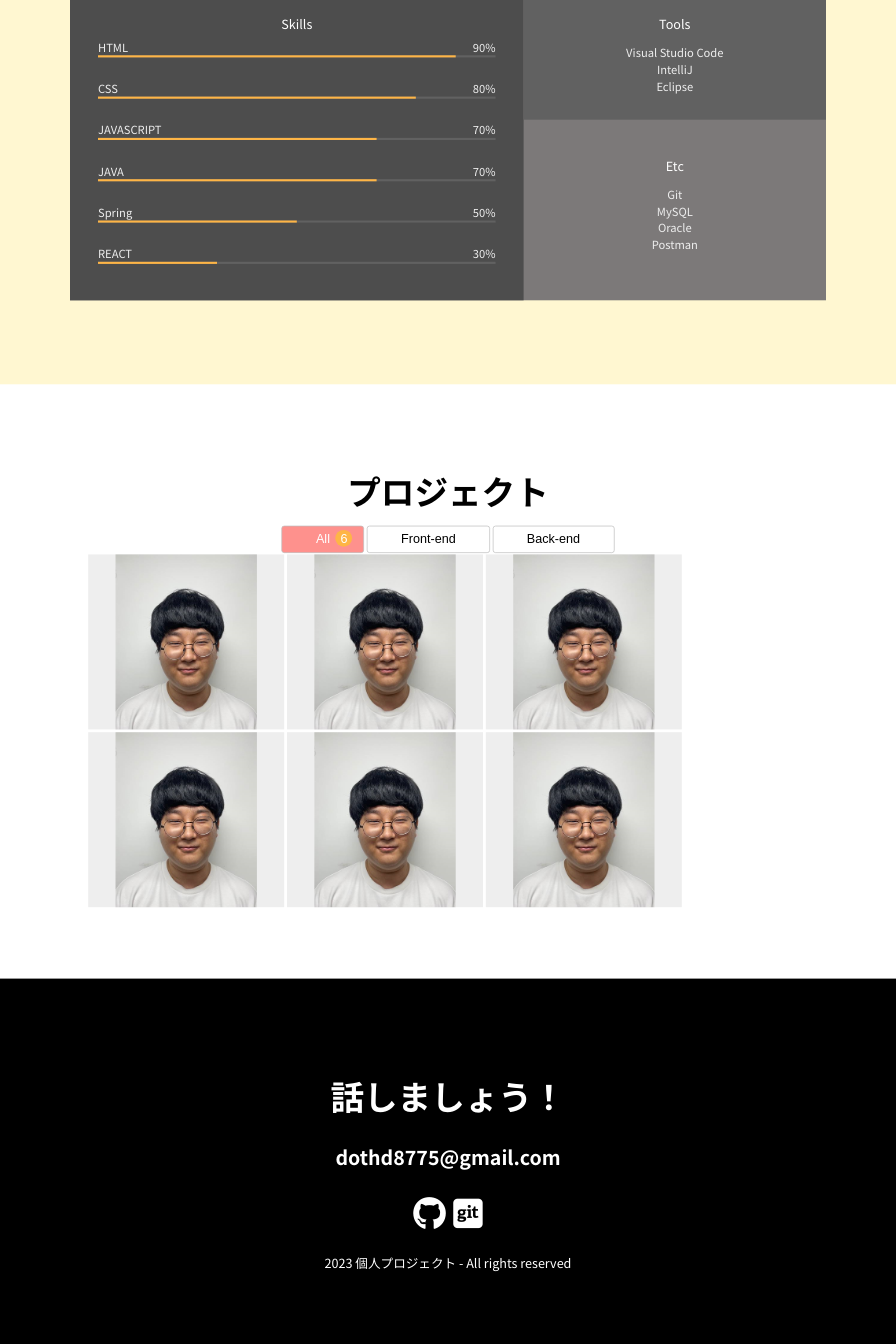
Repository: N1C0N1C0/website_introduction
Page: index.html
The author's editor kept a copy of each file at every save. The page is drawn from the files as they stood at one save, then again after a run of saves.
The browser window is 1280 px wide. The pictures show the part of the page from y = 1860 to 3780 px (the page is 3780 px tall), at 70% of full size.
Some web libraries are served in a nearby version.

Above is the page before, as saved 2023-08-29 03:20:08.

After the next 2 saves:
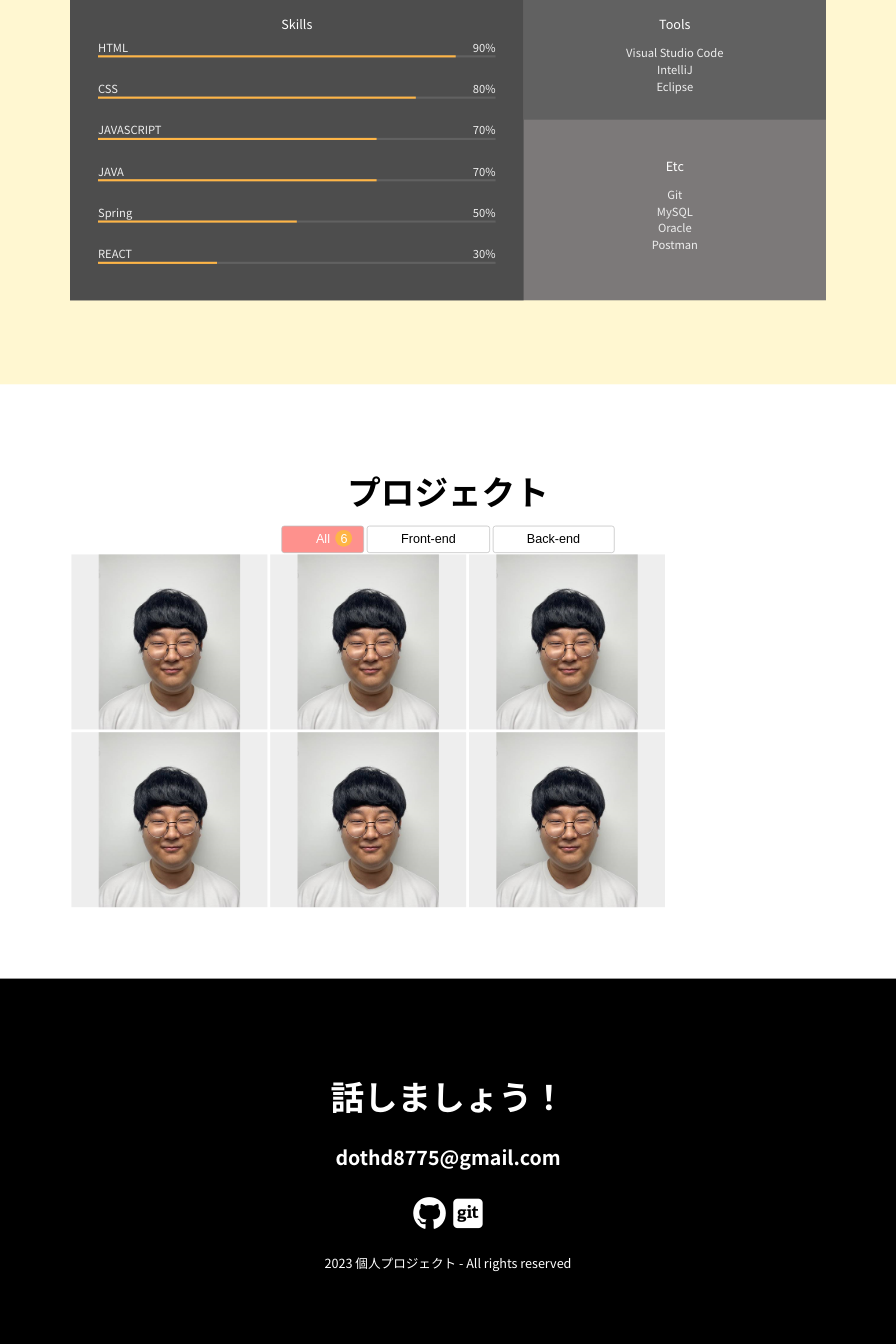
The 2 saves are shown as one change because they came seconds apart.
The last was saved 5 s later.
--- a/style.css
+++ b/style.css
@@ -351,8 +351,7 @@
     width: 900px;
     display: flex;
     flex-wrap: wrap;
-    justify-content: center;
-
+    /* justify-content: center; */
     opacity: 1;
     transition: all var(--animation-duration) ease-out;
 }

After the save that followed:
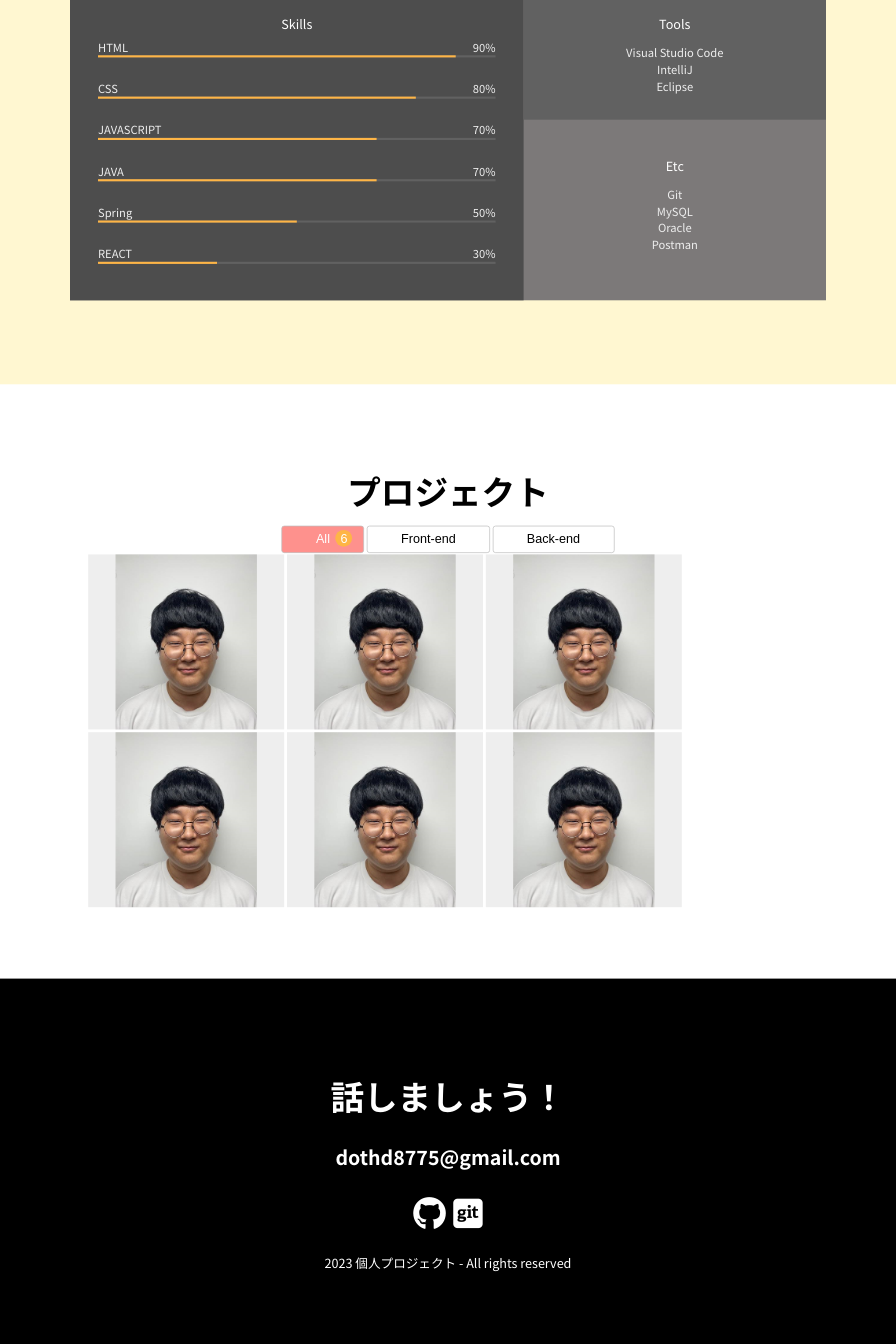
Saved 48 s later.
--- a/style.css
+++ b/style.css
@@ -351,7 +351,7 @@
     width: 900px;
     display: flex;
     flex-wrap: wrap;
-    /* justify-content: center; */
+    justify-content: center;
     opacity: 1;
     transition: all var(--animation-duration) ease-out;
 }
